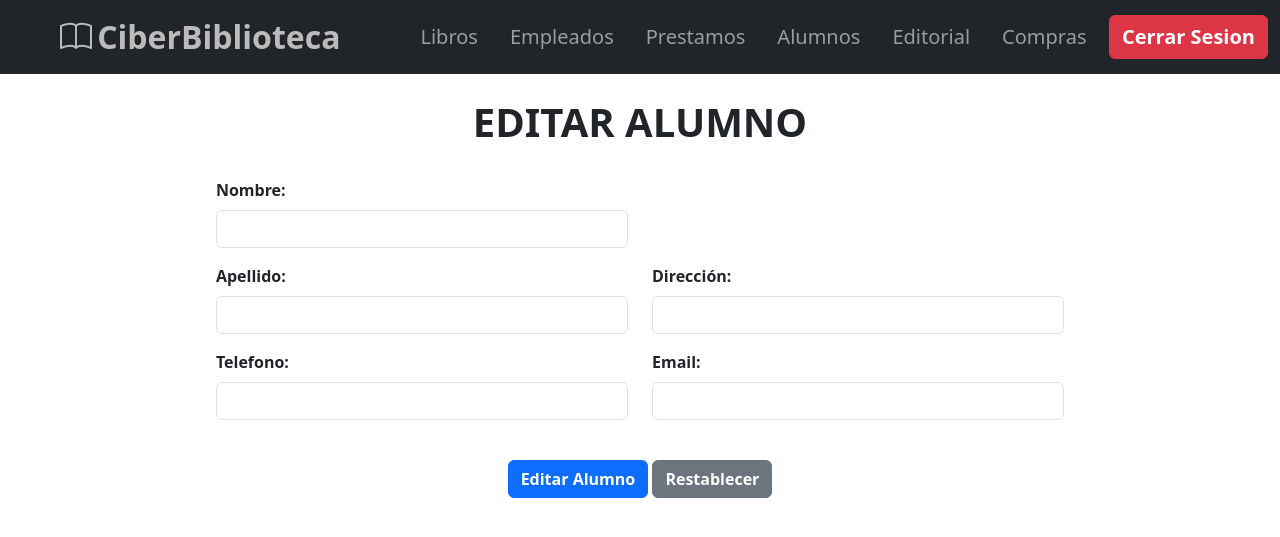
Repository: WilmerOcampo/LP1_Biblioteca
Page: http://localhost/Proyecto/editarAlumno.jsp
An editor plug-in stored every save of this project. The page is shown before and after the next save, followed by the edit.
The browser window is 1280 px wide. The pictures show the whole page.
The page is served by Tomcat 10. The template is opened directly, without the code that normally fills it, so the values that code supplies are empty.

Above is the page before, as saved 2023-06-02 12:56:25.

After the next save:
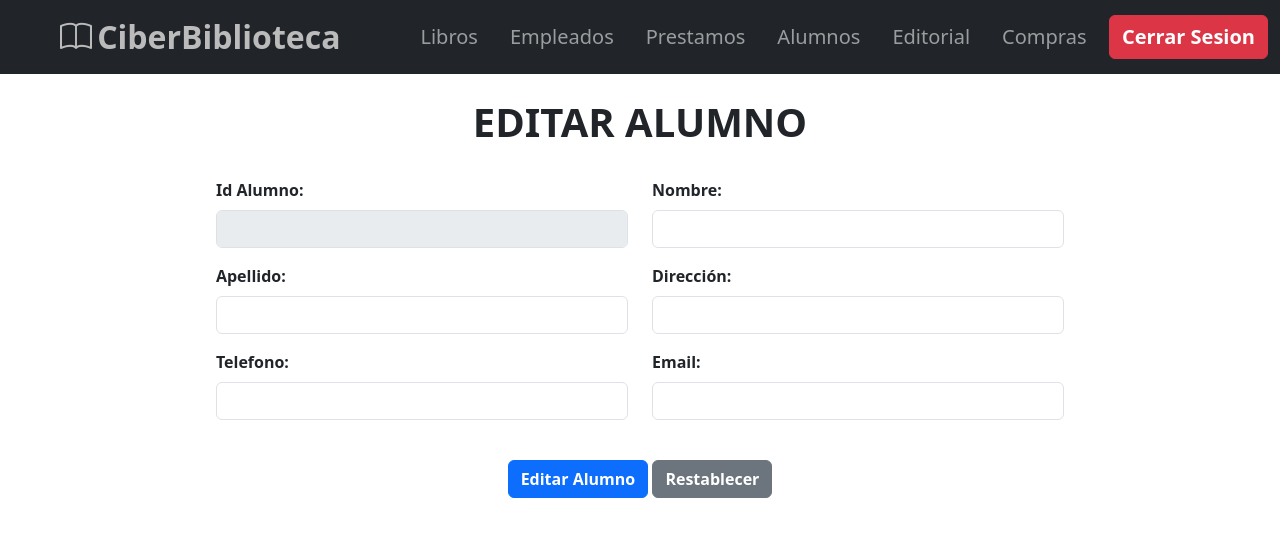
Saved 48 s later.
--- a/Proyecto/src/main/webapp/editarAlumno.jsp
+++ b/Proyecto/src/main/webapp/editarAlumno.jsp
@@ -64,10 +64,10 @@
         <input type="hidden" name="instruccion" value="actualizarBBDD">
         <input type="hidden" name="idalumno" value="${ UpdateCliente.idalumno }">
             <div class="row mb-3">
-                <!--div class="col-md-6">
+                <div class="col-md-6">
                     <label for="idalumno" class="form-label"><b>Id Alumno:</b></label>
                     <input type="text" class="form-control" id="idalumno" name="idalumno" disabled value="${ UpdateAlumno.idalumno }">
-                </div-->
+                </div>
                 <div class="col-md-6">
                     <label for="nombrealumno" class="form-label"><b>Nombre:</b></label>
                     <input type="text" class="form-control" id="nombrealumno" name="nombrealumno" value="${ UpdateAlumno.nombrealumno }">
